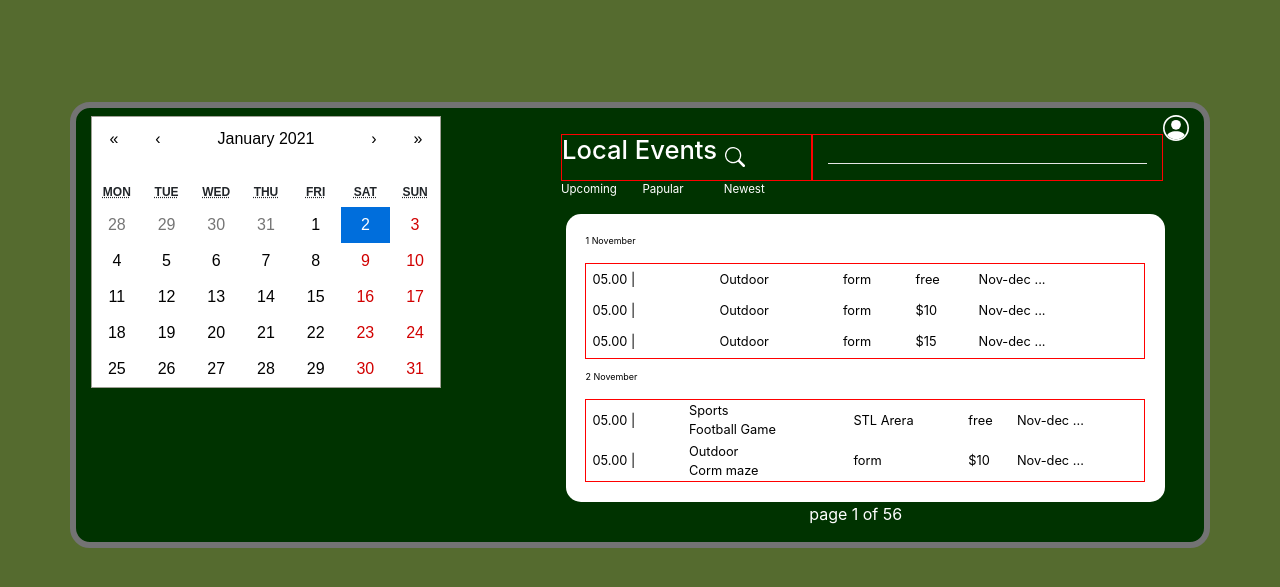
Repository: lalji-yadav/Calendar-code
Page: /
An editor plug-in stored every save of this project. The page is shown before and after the next save, followed by the edit.
The browser window is 1280 px wide. The pictures show the whole page.
The project was rebuilt for these pictures with package versions that can differ from the ones it lists, and the page was loaded fresh each time. Also part of the build but not shown: src/App.css.

Above is the page before, as saved 2021-01-04 11:25:26.

After the next save:
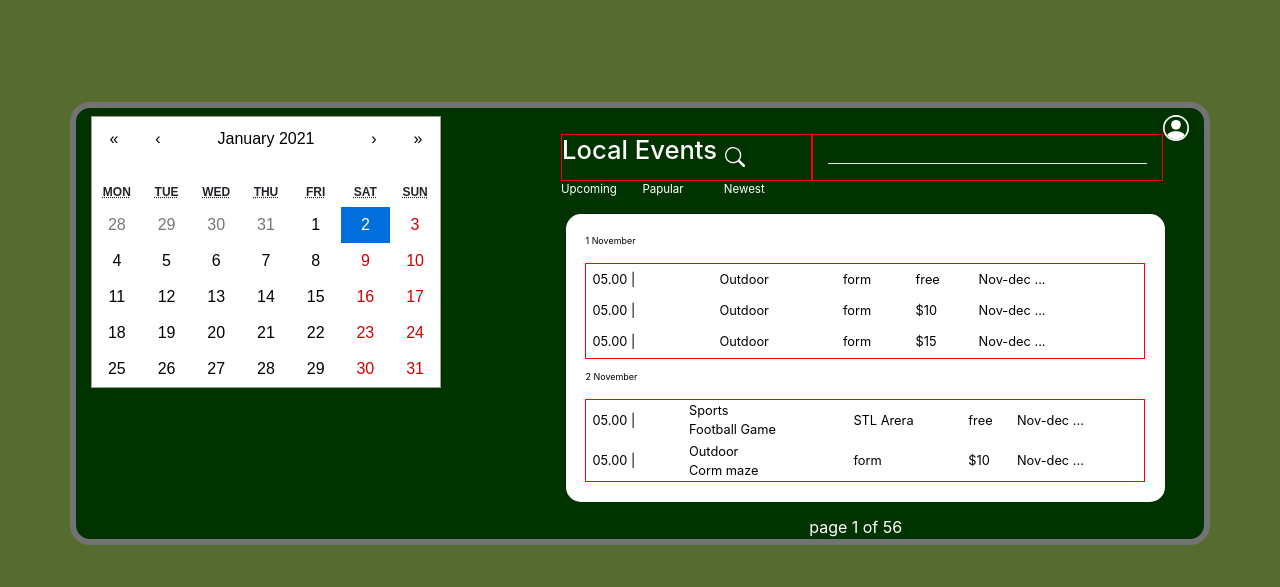
Saved 19 s later.
--- a/src/calendar/Home.js
+++ b/src/calendar/Home.js
@@ -105,7 +105,7 @@ function Home() {
                   </table>
              </div>
 
-             <p style={{marginLeft:"40%", color:"white"}}> page 1 of 56 </p>
+             <p style={{margin:"2% 0% 0% 40%", color:"white"}}> page 1 of 56 </p>
 
         </div>
 
